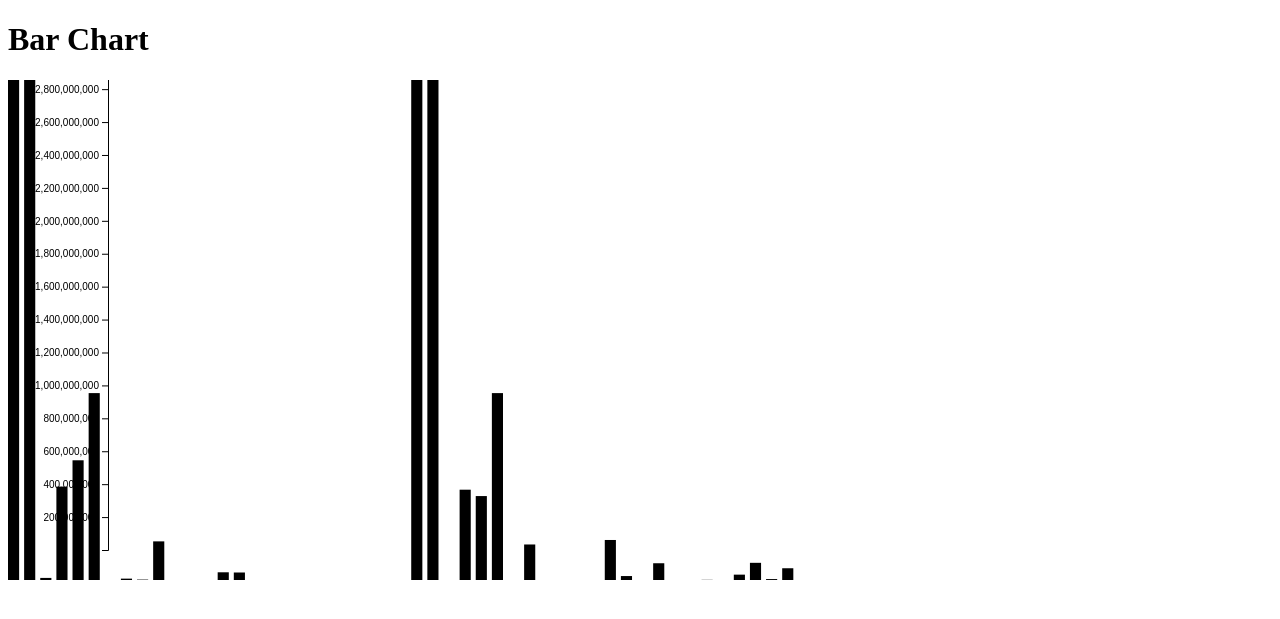
Repository: komalharjani/d3js-visualisation
Page: index.html
The author's editor kept a copy of each file at every save. The page is drawn from the files as they stood at one save, then again after a run of saves.
The browser window is 1280 px wide. The pictures show the whole page.

Above is the page before, as saved 2020-04-29 18:42:46.

After the next 2 saves:
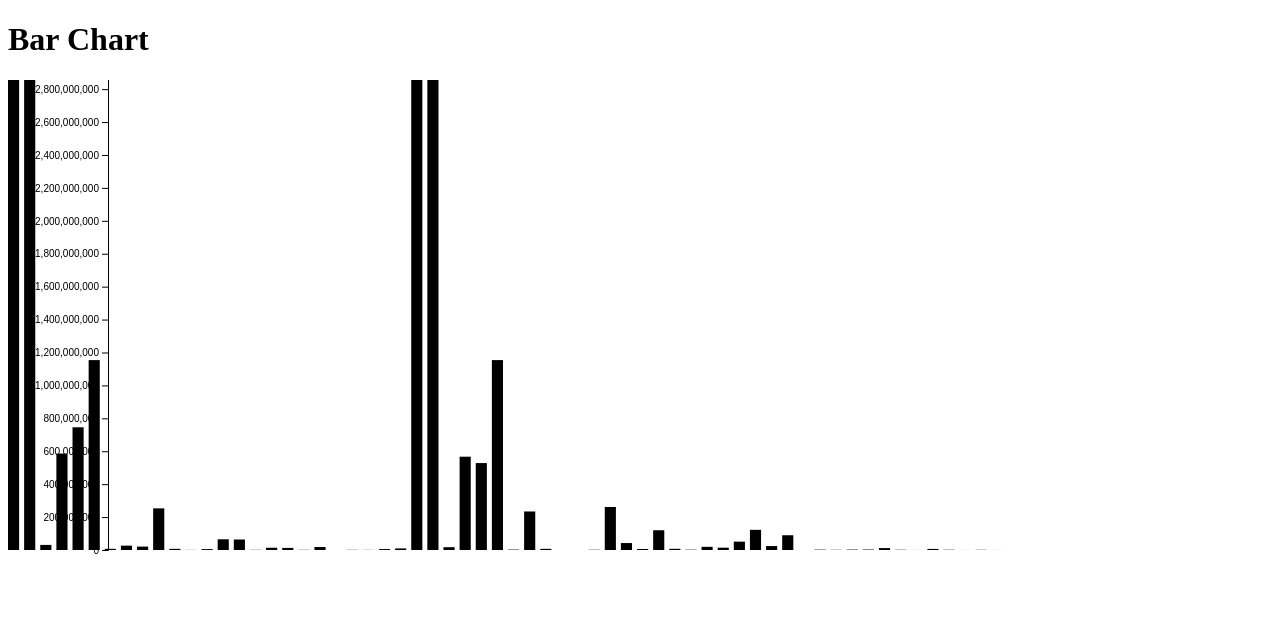
The 2 saves are shown as one change because they came seconds apart.
The last was saved 8 s later.
--- a/index.js
+++ b/index.js
@@ -78,8 +78,8 @@ d3.csv(dataPath)
                         })
                         .attr("width", barwidth - 5)
                         .attr("transform", function (d, i) {
-                                let translate = [barwidth * i,0];
-                                return "translate(" + translate + "3)";
+                                let translate = [barwidth * i,-30];
+                                return "translate(" + translate + ")";
                         })
                         .attr("fill", 'black');
 
